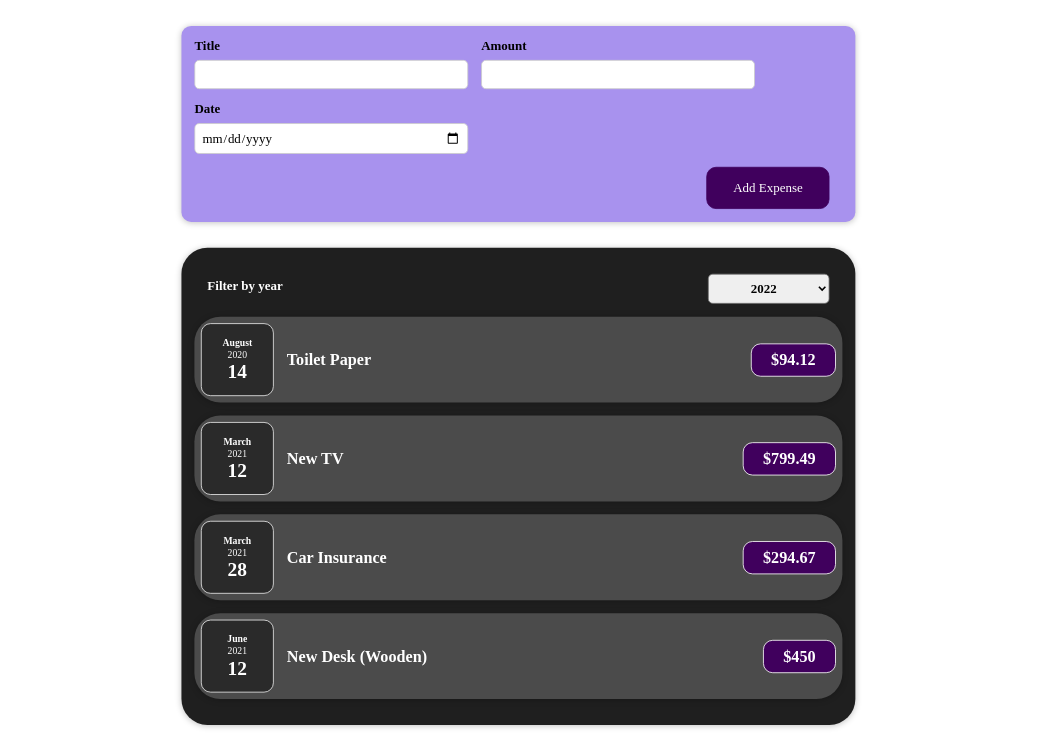
Repository: waniArif/Expenses-tracker
Page: /
The author's editor kept a copy of each file at every save. The page is drawn from the files as they stood at one save, then again after a run of saves.
The browser window is 1280 px wide. The pictures show the whole page, at 81% of full size.
The project was rebuilt for these pictures with package versions that can differ from the ones it lists, and the page was loaded fresh each time.

Above is the page before, as saved 2021-06-11 14:41:42.

### src/App.js
import React from "react";
import Expenses from "./components/Expenses/Expenses";
import NewExpense from "./components/NewExpense/NewExpense";

function App() {
  const expenses = [
    {
      id: "e1",
      title: "Toilet Paper",
      amount: 94.12,
      date: new Date(2020, 7, 14),
    },
    { id: "e2", title: "New TV", amount: 799.49, date: new Date(2021, 2, 12) },
    {
      id: "e3",
      title: "Car Insurance",
      amount: 294.67,
      date: new Date(2021, 2, 28),
    },
    {
      id: "e4",
      title: "New Desk (Wooden)",
      amount: 450,
      date: new Date(2021, 5, 12),
    },
  ];

  const addExpenseHandler = (expense) => {
    console.log(expense, "in App.js");
  };

  return (
    <div>
      <NewExpense onAddExpense={addExpenseHandler} />
      <Expenses items={expenses} />
    </div>
  );
}

export default App;

### src/components/Expenses/Expenses.js
import React, { useState } from "react";

import ExpenseItem from "./ExpenseItem";
import Card from "../UI/Card";
import "./Expenses.css";
import ExpenseFilter from "./ExpenseFilter";

const Expenses = (props) => {
  const [filteredYear, setFilteredYear] = useState("");

  const handleFilterYearChange = (selectedYear) => {
    setFilteredYear(selectedYear);
  };
  return (
    <div>
      <Card className="expenses">
        <ExpenseFilter
          selected={filteredYear}
          onYearChange={handleFilterYearChange}
        />
        <ExpenseItem
          title={props.items[0].title}
          amount={props.items[0].amount}
          date={props.items[0].date}
        />
        <ExpenseItem
          title={props.items[1].title}
          amount={props.items[1].amount}
          date={props.items[1].date}
        />
        <ExpenseItem
          title={props.items[2].title}
          amount={props.items[2].amount}
          date={props.items[2].date}
        />
        <ExpenseItem
          title={props.items[3].title}
          amount={props.items[3].amount}
          date={props.items[3].date}
        />
      </Card>
    </div>
  );
};

export default Expenses;

### src/components/NewExpense/NewExpense.js
import React from "react";

import ExpenseForm from "./ExpenseForm";

import "./NewExpense.css";

const NewExpense = (props) => {
  const saveExpenseDataHandler = (enteredExpenseData) => {
    const expenseData = {
      ...enteredExpenseData,
      id: new Date().getMilliseconds().toString(),
    };
    props.onAddExpense(expenseData);
  };
  return (
    <div className="new-expense">
      <ExpenseForm onSaveExpenseData={saveExpenseDataHandler} />
    </div>
  );
};

export default NewExpense;

### src/components/Expenses/ExpenseFilter.js
import React from "react";

import "./ExpenseFilter.css";

const ExpenseFilter = (props) => {
  const handleChange = (e) => {
    props.onYearChange(e.target.value);
  };
  return (
    <div className="expenses-filter">
      <div className="expenses-filter__control">
        <label>Filter by year</label>
        <select value={props.selected} onChange={handleChange}>
          <option value="2022">2022</option>
          <option value="2021">2021</option>
          <option value="2020">2020</option>
          <option value="2019">2019</option>
        </select>
      </div>
    </div>
  );
};

export default ExpenseFilter;

### src/components/NewExpense/ExpenseForm.js
import React, { useState } from "react";

import "./ExpenseForm.css";
const ExpenseForm = (props) => {
  const [enteredTitle, setEnteredTitle] = useState("");
  const [enteredAmount, setEnteredAmount] = useState("");
  const [enteredDate, setEnteredDate] = useState("");

  const handleTitleChange = (e) => {
    setEnteredTitle(e.target.value);
  };
  const handleAmountChange = (e) => {
    setEnteredAmount(e.target.value);
  };
  const handleDateChange = (e) => {
    setEnteredDate(e.target.value);
  };

  const handleSubmit = (e) => {
    e.preventDefault();
    const expenseData = {
      title: enteredTitle,
      amount: enteredAmount,
      date: new Date(enteredDate),
    };
    setEnteredTitle("");
    setEnteredAmount("");
    setEnteredDate("");
    props.onSaveExpenseData(expenseData);
  };

  return (
    <form onSubmit={handleSubmit}>
      <div className="new-expense__controls">
        <div className="new-expense__control">
          <label htmlFor="title">Title</label>
          <input
            type="text"
            name="title"
            id="title"
            value={enteredTitle}
            onChange={handleTitleChange}
          />
        </div>
        <div className="new-expense__control">
          <label htmlFor="amount">Amount</label>
          <input
            onChange={handleAmountChange}
            type="number"
            name="number"
            id="number"
            min="0.01"
            step="0.01"
            value={enteredAmount}
          />
        </div>
        <div className="new-expense__control">
          <label htmlFor="date">Date</label>
          <input
            onChange={handleDateChange}
            type="date"
            name="date"
            id="date"
            min="2019-01-01"
            max="2025-12-31"
            value={enteredDate}
          />
        </div>
      </div>
      <div className="new-expense__actions">
        <button type="submit">Add Expense</button>
      </div>
    </form>
  );
};

export default ExpenseForm;

### src/components/NewExpense/NewExpense.css
.new-expense {
  background-color: #a892ee;
  padding: 1rem;
  margin: 2rem auto;
  width: 50rem;
  max-width: 95%;
  border-radius: 12px;
  text-align: center;
  box-shadow: 0 1px 8px rgba(0, 0, 0, 0.25);
}

.new-expense button {
  font: inherit;
  cursor: pointer;
  padding: 1rem 2rem;
  border: 1px solid #40005d;
  background-color: #40005d;
  color: white;
  border-radius: 12px;
  margin-right: 1rem;
}

.new-expense button:hover,
.new-expense button:active {
  background-color: #510674;
  border-color: #510674;
}

.new-expense button.alternative {
  color: #220131;
  border-color: transparent;
  background-color: transparent;
}

.new-expense button.alternative:hover,
.new-expense button.alternative:active {
  background-color: #ddb3f8;
}

### src/components/Expenses/ExpenseItem.css
.expense-item {
  display: flex;
  justify-content: space-between;
  align-items: center;
  padding: 0.5rem;
  margin: 1rem 0;
  background-color: #4b4b4b;
}

.expense-item__description {
  display: flex;
  flex-direction: column;
  gap: 1rem;
  align-items: flex-end;
  flex-flow: column-reverse;
  justify-content: flex-start;
  flex: 1;
}

.expense-item h2 {
  color: #3a3a3a;
  font-size: 1rem;
  flex: 1;
  margin: 0 1rem;
  color: white;
}

.expense-item__price {
  font-size: 1rem;
  font-weight: bold;
  color: white;
  background-color: #40005d;
  border: 1px solid white;
  padding: 0.5rem;
  border-radius: 12px;
}

@media (min-width: 580px) {
  .expense-item__description {
    flex-direction: row;
    align-items: center;
    justify-content: flex-start;
    flex: 1;
  }

  .expense-item__description h2 {
    font-size: 1.25rem;
  }

  .expense-item__price {
    font-size: 1.25rem;
    padding: 0.5rem 1.5rem;
  }
}

### src/components/UI/Card.css
.card {
  border-radius: 2rem;
  box-shadow: 0 1px 8px rgba(0, 0, 0, 0.25);
}

Loaded but not shown: public/index.html (common file); src/index.js (common file); src/components/Expenses/ExpenseItem.js (common file); src/components/UI/Card.js (common file); src/components/Expenses/Expenses.css (common file); src/components/Expenses/ExpenseDate.js (common file); src/components/Expenses/ExpenseFilter.css (common file); src/components/NewExpense/ExpenseForm.css (common file); src/components/Expenses/ExpenseDate.css (common file)

After the next 2 saves:
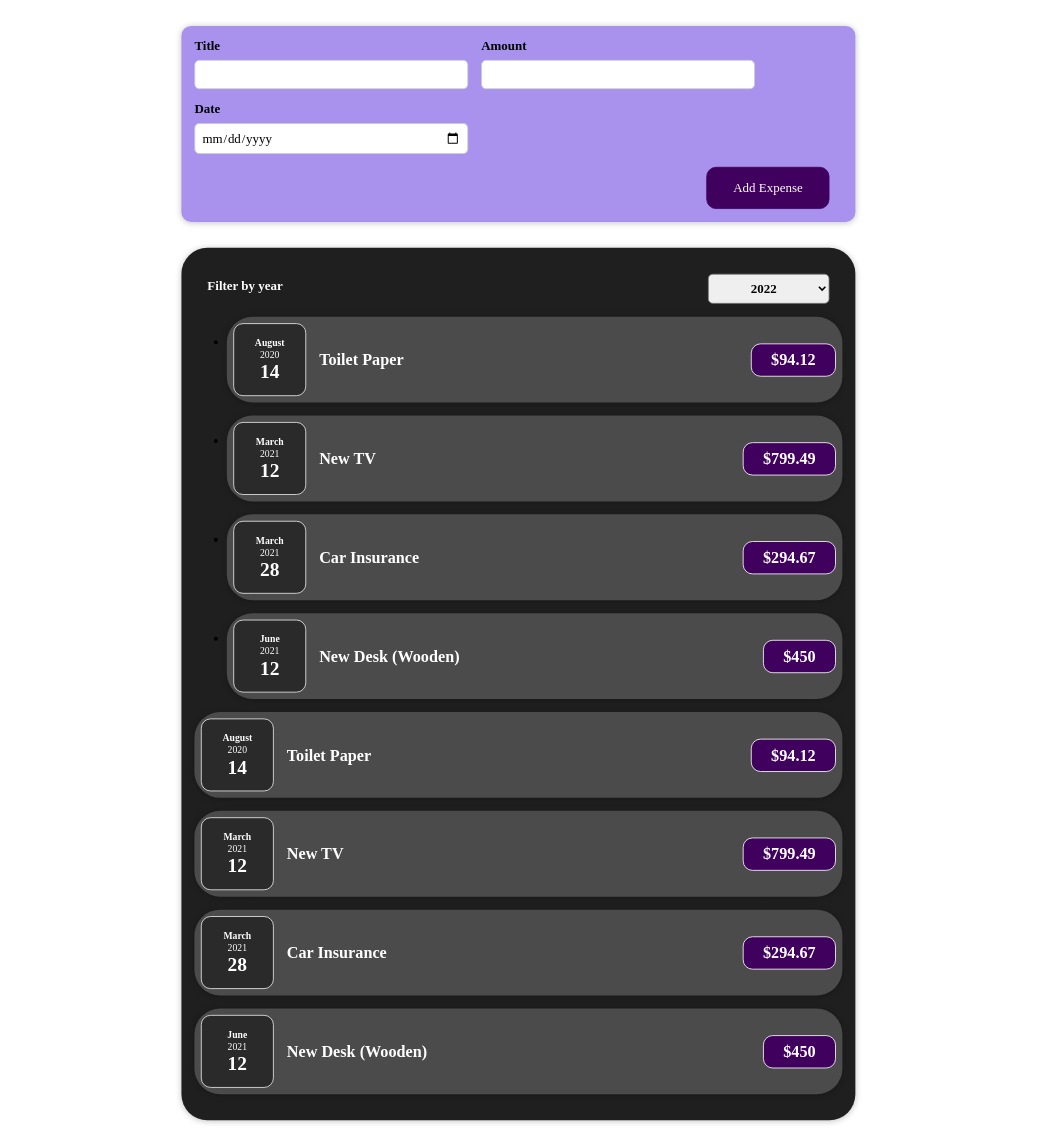
The 2 saves are shown as one change because 1 did not build or start.
The last was saved 7 min 28 s later.
--- a/src/components/Expenses/Expenses.js
+++ b/src/components/Expenses/Expenses.js
@@ -18,6 +18,16 @@ const Expenses = (props) => {
           selected={filteredYear}
           onYearChange={handleFilterYearChange}
         />
+        {props.items.map((item) => {
+          const { id, title, amount, date } = item;
+          return (
+            <ul>
+              <li key={id}>
+                <ExpenseItem title={title} amount={amount} date={date} />
+              </li>
+            </ul>
+          );
+        })}
         <ExpenseItem
           title={props.items[0].title}
           amount={props.items[0].amount}
